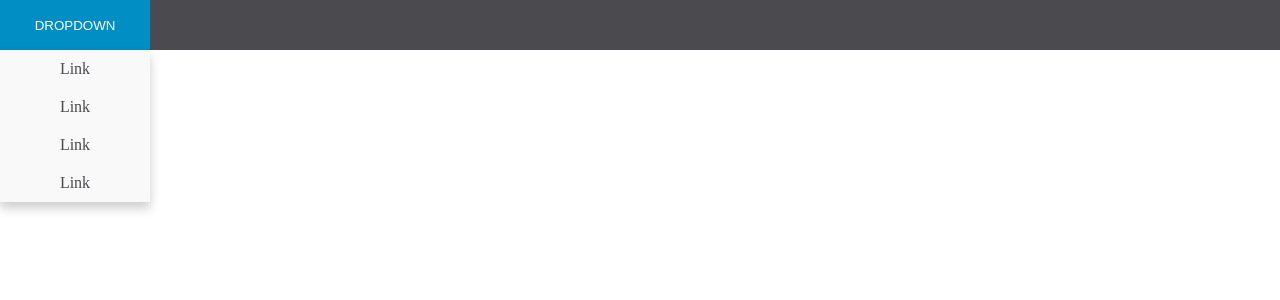
Repository: Scuzeme/pure_css_dropdown
Page: index.html
The author's editor kept a record of every edit. The page is drawn from the files as they stood at one moment, then again after the next edit.
The browser window is 1280 px wide. The pictures show the whole page.

Above is the page before.

After the next edit:
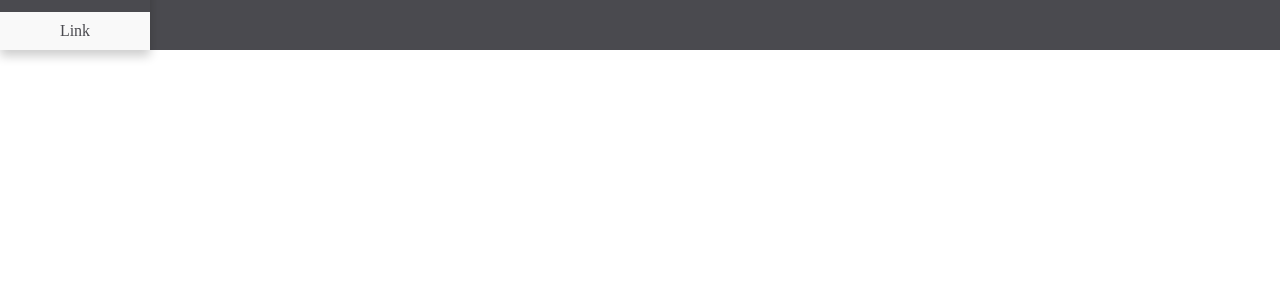
The edit:
--- a/main.css
+++ b/main.css
@@ -27,6 +27,7 @@
     width:150px;
     text-align: center;
     box-shadow: 0px 6px 10px 0px rgba(0,0,0,0.2);
+    transform: translateY(-100%);
 }
 
 .dropdownLink{
